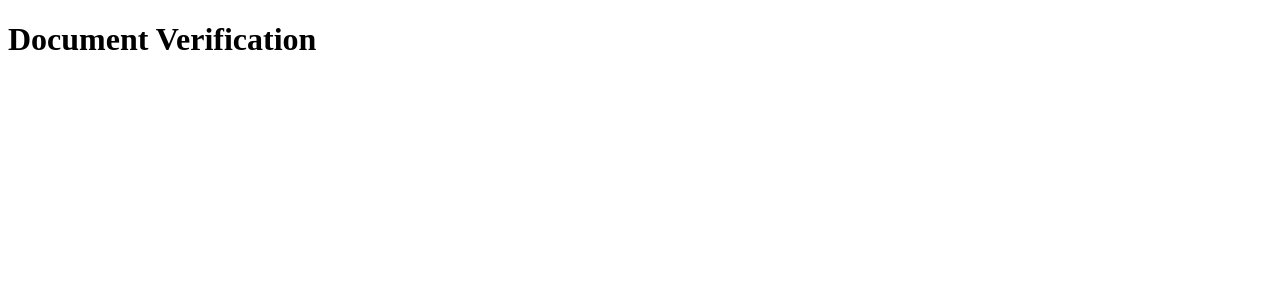
Repository: Sahana-M/OCR-for-Adhar
Page: template/home.html
These files come from the project's save history. The page is drawn as it stood at one moment and after the next save; the edit follows.
The browser window is 1280 px wide. The pictures show the whole page.

Above is the page before, as saved 2020-02-18 14:35:07.

### template/home.html
<!DOCTYPE html>
<html lang="en">
<head>
    <meta charset="UTF-8">
    <meta name="viewport" content="width=device-width, initial-scale=1.0">
    <meta http-equiv="X-UA-Compatible" content="ie=edge">
    <title>Actyv OCR</title>
</head>
<body>
    <h1>Document Verification</h1>
</body>
</html>

After the next save:
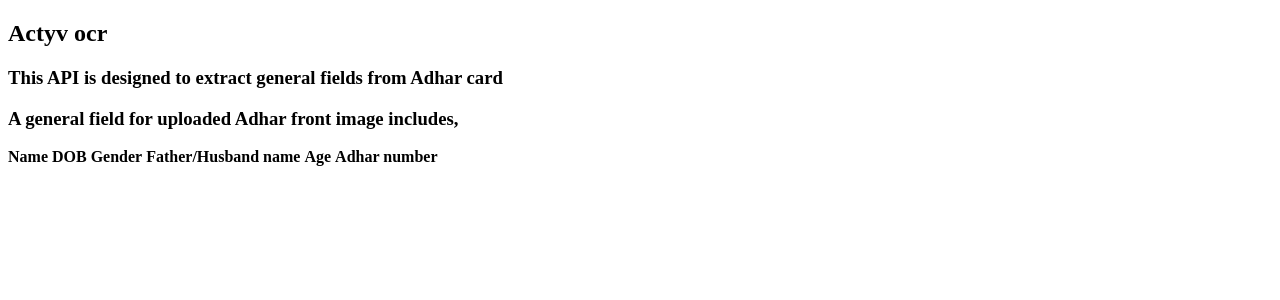
Saved 36 days later.
--- a/template/home.html
+++ b/template/home.html
@@ -7,6 +7,14 @@
     <title>Actyv OCR</title>
 </head>
 <body>
-    <h1>Document Verification</h1>
-</body>
+        <h2>Actyv ocr</h2>
+        <h3>This API is designed to extract general fields from Adhar card</h3>
+        <h3>A general field for uploaded Adhar front image includes, </h3>
+        <b>Name</b>
+        <b>DOB</b>
+        <b>Gender</b>
+        <b>Father/Husband name</b>
+        <b>Age</b>
+        <b>Adhar number</b>
+    </body>
 </html>
